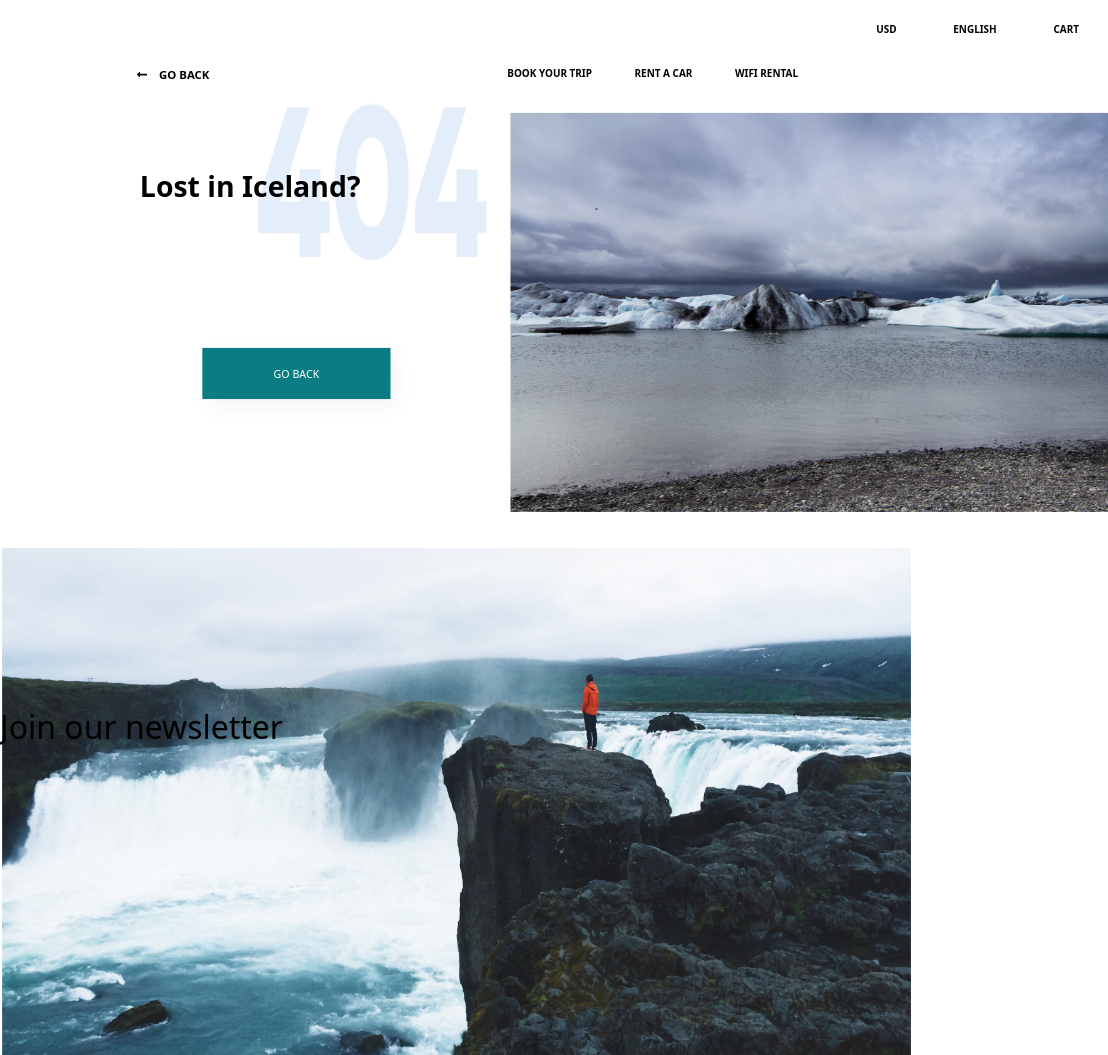
Repository: uh-sman/Iceland
Page: /
These files come from the project's save history. The page is drawn as it stood at one moment and after the next save; the edit follows.
The browser window is 1280 px wide. The page is 1561 px wide, so the pictures cover 1561 px, including what lies to the right of the window. The pictures show the whole page, at 71% of full size.
The project was rebuilt for these pictures with package versions that can differ from the ones it lists, and the page was loaded fresh each time.

Above is the page before, as saved 2022-09-08 22:50:47.

After the next save:
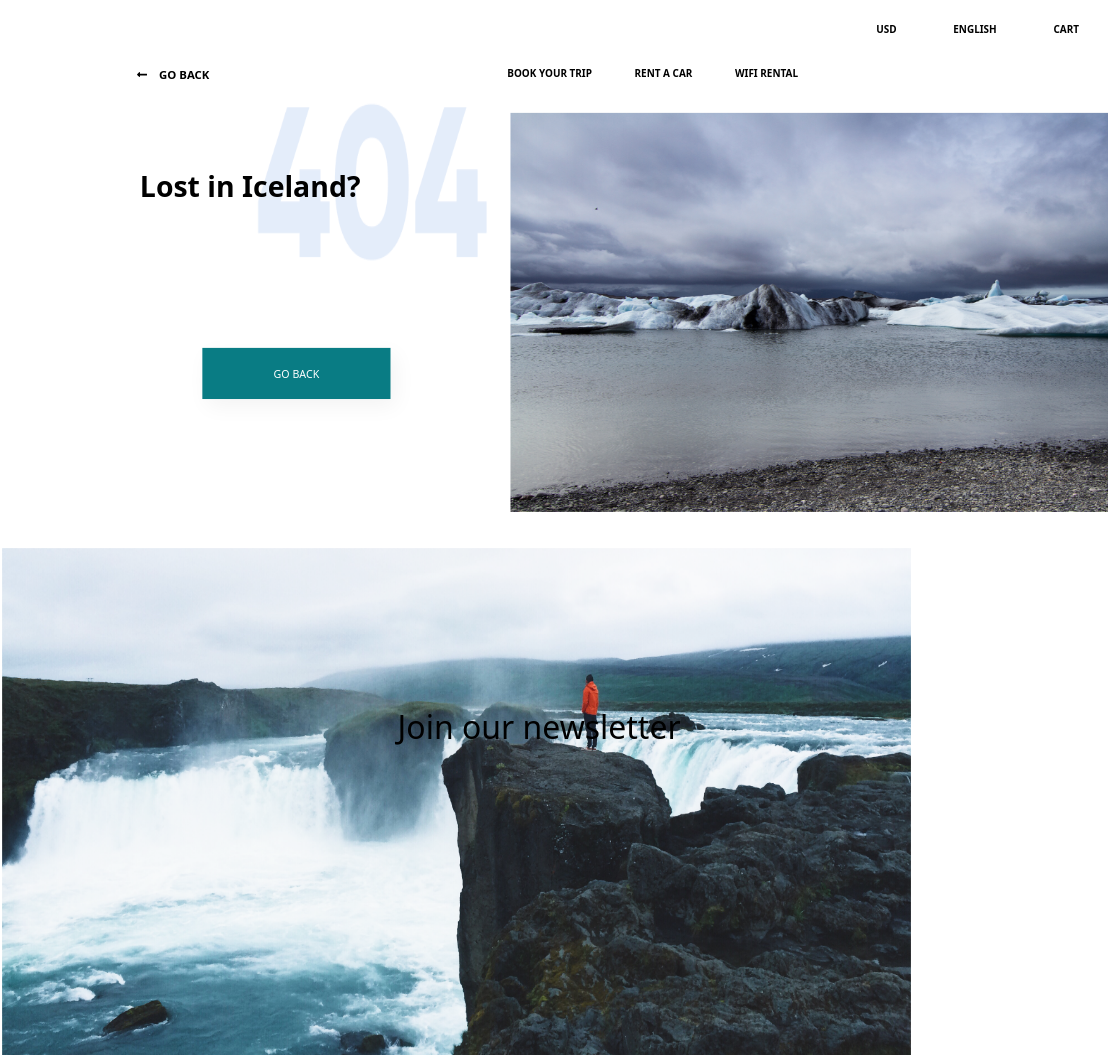
Saved 47 s later.
--- a/src/components/Newsletter.js
+++ b/src/components/Newsletter.js
@@ -10,7 +10,7 @@ export const Newsletter = () => {
           top-[772px]"
         />
         <div>
-          <h1 className="text-[45px] font-[600px] absolute top-[990px]">
+          <h1 className="text-[45px] font-[600px] absolute top-[990px] left-[560px]">
             Join our newsletter
           </h1>
         </div>
